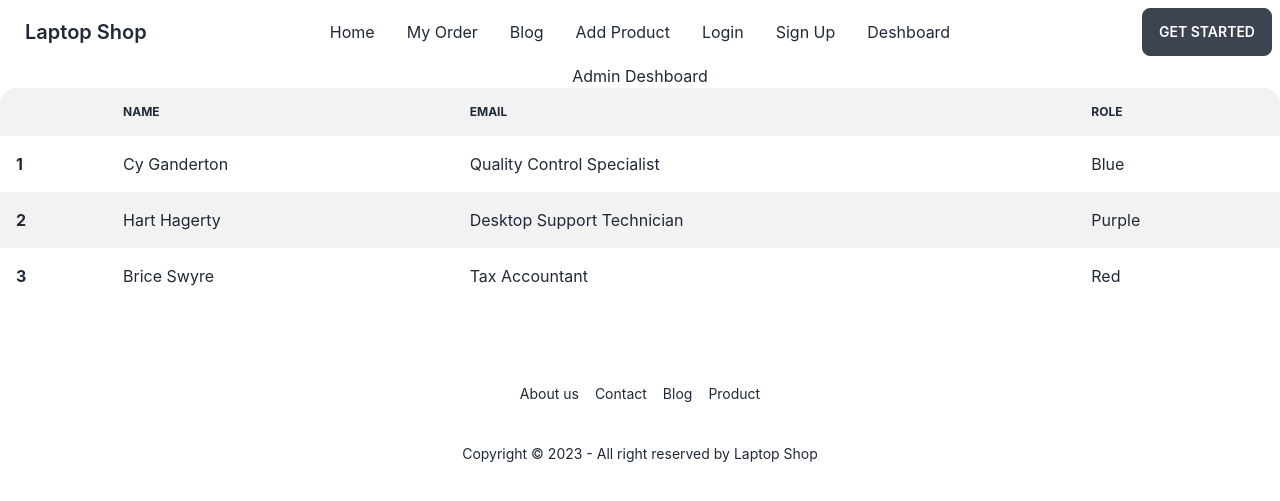
Repository: mdsajib50/E-commerce
Page: /deshboard
These files come from the project's save history. The page is drawn as it stood at one moment and after a run of saves; the edit follows.
The browser window is 1280 px wide. The pictures show the whole page.
The project was rebuilt for these pictures with package versions that can differ from the ones it lists, and the page was loaded fresh each time. Also part of the build but not shown: src/Pages/AddProduct/AddProduct.js, src/Pages/Error/Error.js, src/Pages/Home/Banner/Banner.js, src/Pages/Home/Product/ProductCard.js, src/Pages/Home/Product/Product.js, src/Pages/Home/Home/Home.js, src/Pages/Home/Product/ProductCategory.js, src/Pages/Login/Login.js and 1 more.

Above is the page before, as saved 2023-01-12 20:26:41.

### src/index.js
import React from 'react';
import ReactDOM from 'react-dom/client';
import './index.css';
import App from './App';
import reportWebVitals from './reportWebVitals';
import AuthProvider from './context/AuthProvider/AuthProvider';

const root = ReactDOM.createRoot(document.getElementById('root'));
root.render(
  <React.StrictMode>
   <AuthProvider> <App /> </AuthProvider>
  </React.StrictMode>
);

// If you want to start measuring performance in your app, pass a function
// to log results (for example: reportWebVitals(console.log))
// or send to an analytics endpoint. Learn more: https://bit.ly/CRA-vitals
reportWebVitals();

### src/App.js
import logo from './logo.svg';
import './App.css';
import { RouterProvider } from 'react-router';
import router from './Routes/Router';

function App() {
  return (
    <div className="App">
        <RouterProvider router={router}></RouterProvider>
    </div>
  );
}

export default App;

### src/context/AuthProvider/AuthProvider.js
import { getAuth, createUserWithEmailAndPassword, signInWithEmailAndPassword, onAuthStateChanged } from 'firebase/auth';
import React, {createContext, useEffect, useState} from 'react';
import app from '../../firebase/firebase.config';

export const AuthContext = createContext();
const auth = getAuth(app)

const AuthProvider = ({children}) => {
    const [user, setUser] = useState(null)
    const [loading, setLoading] = useState(true)
    const createUser= (email, password)=>{
        return createUserWithEmailAndPassword(auth, email, password)
    }
    const login = (email, password)=>{
        return signInWithEmailAndPassword(auth, email, password)
    }

    useEffect(()=>{
        const unSubscribe = onAuthStateChanged(auth, currentUser =>{
            setUser(currentUser)
            setLoading(false)
         })
         return ()=> unSubscribe()


     },[])
    const authInfo = {
        auth,
        createUser,
        login,
        user,
        loading
    }
    return (
        <AuthContext.Provider value={authInfo}>
            {children}
        </AuthContext.Provider>
    );
};

export default AuthProvider;

### src/Routes/Router.js
import React from 'react';
import { createBrowserRouter } from 'react-router-dom';
import Main from '../Layout/Main/Main';
import AddProduct from '../Pages/AddProduct/AddProduct';
import Deshboard from '../Pages/Deshboard/Deshboard/Deshboard';
import Error from '../Pages/Error/Error';
import Home from '../Pages/Home/Home/Home';
import ProductCategory from '../Pages/Home/Product/ProductCategory';
import Login from '../Pages/Login/Login';
import SignUp from '../Pages/SignUp/SignUp';

const router = createBrowserRouter([
    {
        path: '/',
        element: <Main></Main>,
        children:[
            {
                path:'/',
                element:<Home></Home>
            },
            {
                path:'/home',
                element:<Home></Home>
            },
            {
                path: '/add-product',
                element: <AddProduct></AddProduct>
            },
            {
                path:'/login',
                element:<Login></Login>
            },
            {
                path:'/signup',
                element:<SignUp></SignUp>
            },
            {
                path:'/product-category/:id',
                loader:({params})=> fetch(`http://localhost:5001/product-category/${params.id}`),
                element:<ProductCategory></ProductCategory>
            },
            {
                path:'/deshboard',
                element:<Deshboard></Deshboard>
            }
        ]
    },
    {
        path:'/*',
        element:<Error></Error>
    }

])

export default router;

### src/firebase/firebase.config.js
// Import the functions you need from the SDKs you need
import { initializeApp } from "firebase/app";
// TODO: Add SDKs for Firebase products that you want to use
// https://firebase.google.com/docs/web/setup#available-libraries

// Your web app's Firebase configuration
const firebaseConfig = {
  apiKey:process.env.REACT_APP_apiKey,
  authDomain:process.env.REACT_APP_authDomain,
  projectId:process.env.REACT_APP_projectId,
  storageBucket:process.env.REACT_APP_storageBucket,
  messagingSenderId:process.env.REACT_APP_messagingSenderId,
  appId:process.env.REACT_APP_appId
};

// Initialize Firebase
const app = initializeApp(firebaseConfig);

export default app ;

### src/Layout/Main/Main.js
import React from 'react';
import { Outlet } from 'react-router';
import Footer from '../../Pages/Shared/Footer/Footer';
import Header from '../../Pages/Shared/Header/Header';

const Main = () => {
    return (
        <div>
            <Header></Header>
            <Outlet></Outlet>
            <Footer></Footer>
        </div>
    );
};

export default Main;

### src/Pages/Deshboard/Deshboard/Deshboard.js
import React from 'react';
import AllUser from '../AllUser/AllUser';

const Deshboard = () => {
    return (
        <div>
            <h1>Admin Deshboard</h1>
            <AllUser></AllUser>
        </div>
    );
};

export default Deshboard;

### src/Pages/Shared/Footer/Footer.js
import React from 'react';

const Footer = () => {
    return (
        <footer className="footer footer-center p-10 text-base-content rounded mt-10">
            <div className="grid grid-flow-col gap-4">
                <a className="link link-hover">About us</a>
                <a className="link link-hover">Contact</a>
                <a className="link link-hover">Blog</a>
                <a className="link link-hover">Product</a>
            </div>
            <div>
                <p>Copyright © 2023 - All right reserved by Laptop Shop</p>
            </div>
</footer>
    );
};

export default Footer;

### src/Pages/Shared/Header/Header.js
import React from 'react';
import { Link } from 'react-router-dom';

const Header = () => {
    return (
        <div className="navbar bg-base-100">
        <div className="navbar-start">
            <div className="dropdown">
            <label tabIndex={0} className="btn btn-ghost lg:hidden">
                <svg xmlns="http://www.w3.org/2000/svg" className="h-5 w-5" fill="none" viewBox="0 0 24 24" stroke="currentColor"><path strokeLinecap="round" strokeLinejoin="round" strokeWidth="2" d="M4 6h16M4 12h8m-8 6h16" /></svg>
            </label>
            <ul tabIndex={0} className="menu menu-compact dropdown-content mt-3 p-2 shadow bg-base-100 rounded-box w-52">
                <li><Link to='/home'>Home</Link></li>
                <li><Link to='/myorder'>My Order</Link></li>
                <li><Link to='/blog'>Blog</Link></li>
                <li><Link to='/add-product'>Add A Product</Link></li>
            </ul>
            </div>
            <a className="btn btn-ghost normal-case text-xl">Laptop Shop</a>
        </div>
        <div className="navbar-center hidden lg:flex">
            <ul className="menu menu-horizontal px-1">
                <li><Link to='/home'>Home</Link></li>
                <li><Link to='/myorder'>My Order</Link></li>
                <li><Link to='/blog'>Blog</Link></li>
                <li><Link to='/add-product'>Add Product</Link></li>
                <li><Link to='/login'>Login</Link></li>
                <li><Link to='/signup'>Sign Up</Link></li>
                <li><Link to='/deshboard'>Deshboard</Link></li>
            </ul>
        </div>
        <div className="navbar-end">
            <a className="btn">Get started</a>
        </div>
</div>
    );
};

export default Header;

### src/Pages/Deshboard/AllUser/AllUser.js
import React from 'react';

const AllUser = () => {
    return (
        <div className="overflow-x-auto">
  <table className="table table-zebra w-full">

    <thead>
      <tr>
        <th></th>
        <th>Name</th>
        <th>Email</th>
        <th>Role</th>
      </tr>
    </thead>
    <tbody>

      <tr>
        <th>1</th>
        <td>Cy Ganderton</td>
        <td>Quality Control Specialist</td>
        <td>Blue</td>
      </tr>

      <tr>
        <th>2</th>
        <td>Hart Hagerty</td>
        <td>Desktop Support Technician</td>
        <td>Purple</td>
      </tr>

      <tr>
        <th>3</th>
        <td>Brice Swyre</td>
        <td>Tax Accountant</td>
        <td>Red</td>
      </tr>
    </tbody>
  </table>
</div>
    );
};

export default AllUser;

Loaded but not shown: src/index.css (common file); src/reportWebVitals.js (common file); src/App.css (common file); tailwind.config.js (common file)

After the next 2 saves:
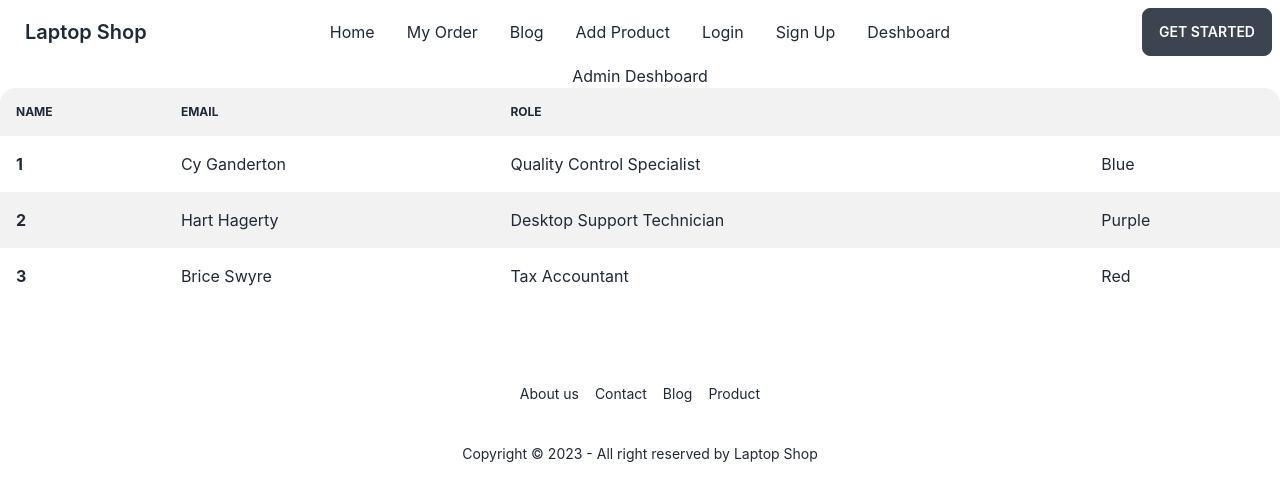
The 2 saves are shown as one change because they came seconds apart.
The last was saved 40 s later.
--- a/src/Pages/Deshboard/AllUser/AllUser.js
+++ b/src/Pages/Deshboard/AllUser/AllUser.js
@@ -7,10 +7,10 @@ const AllUser = () => {
 
     <thead>
       <tr>
-        <th></th>
         <th>Name</th>
         <th>Email</th>
         <th>Role</th>
+        <th></th>
       </tr>
     </thead>
     <tbody>
